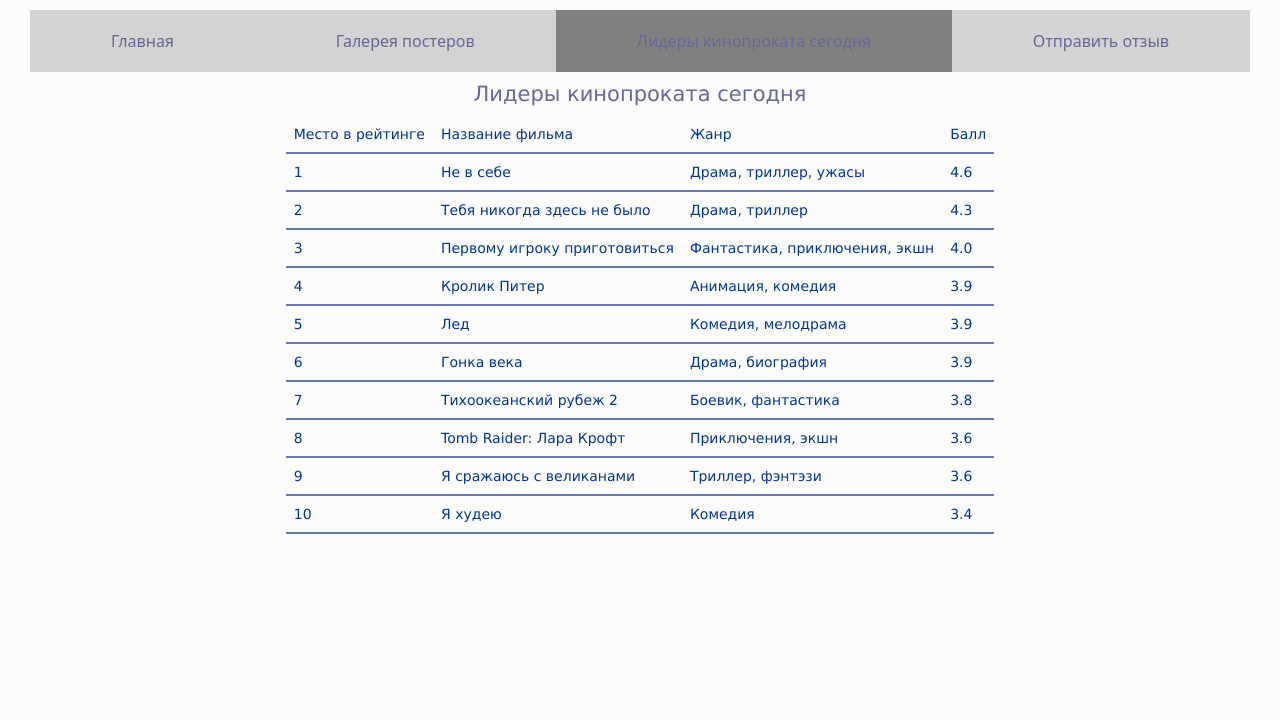
Repository: nasty-97/courseWeb
Page: http://localhost/item_3.php
The author's editor kept a record of every edit. The page is drawn from the files as they stood at one moment, then again after the next edit.
The browser window is 1280 px wide. The pictures show the whole page.
The page is run by PHP 8.4 with error messages shown; the project is at /var/www/html/. The database holds what the project's SQL file puts in it.

Above is the page before.

### item_3.php
<!DOCTYPE html>
<html>
	<head>
		<meta charset="utf-8">
		<link rel="stylesheet" href="style.css">
		<title>Главная</title>
		<style type="text/css">
			@media (max-width: 900px) and (min-width: 561px) {
			  .col {
			    width: 50%;
			  }
			}

			@media (max-width: 560px) and (min-width: 370px) {
			  .col {
			    width: 100%;
			  }
			  .menu__list-link {
			    font-size: 14px;
			    padding: 5px;
			    width: 84%;
			  }
			  .menu {
			    width: 102%;
			    padding: 3px;
			  }
			  p {
			    width: 100%;
			  }
			  .table__item > table {
    			font-size: 11px;
  			  }
			}
			@media (max-width: 369px) {
			  .col {
			    width: 109%;
			  }
			  .menu__list-link {
			    font-size: 12px;
			    padding: 5px;
			    width: 84%;
			}
			  .menu {
			    width: 109%;
			    padding: 0;
			}
			  p {
			    width: 109%;
			  }
			  .table__item > table {
    			font-size: 9px;
  			  }
			}
	</style>
	</head>
	<body>
		<?php
			global $mysqli;
        	$mysqli = new mysqli("localhost", "anastasya0409", "", "lab2DB");
        	$query = "SELECT * FROM tableFilms";
        	$mysqli->query("SET NAMES 'utf8'");
        	$result = $mysqli->query($query);
		?>
		<nav class="menu">
			<menu class="menu__list">
				<li class="menu__list-item"><a href="main.php" class="menu__list-link">Главная</a></li>
				<li class="menu__list-item"><a href="item_2.php" class="menu__list-link">Галерея постеров</a></li>
				<li class="menu__list-item" id="current"><a href="item_3.php" class="menu__list-link">Лидеры кинопроката сегодня</a></li>
				<li class="menu__list-item"><a href="item_4.php" class="menu__list-link">Отправить отзыв</a></li>
			</menu>
		</nav>
		<div class="table__item">
			<table class="table" align="center">
				<caption>Лидеры кинопроката сегодня</caption>
				<tr>
					<th>Место в рейтинге</th>
					<th>Название фильма</th>
					<th>Жанр</th>
					<th>Балл</th>
				</tr>
				<tr>
					<th>1</th>
					<th>Не в себе</th>
					<th>Драма, триллер, ужасы</th>
					<th>4.6</th>
				</tr>
				<tr>
					<th>2</th>
					<th>Тебя никогда здесь не было</th>
					<th>Драма, триллер</th>
					<th>4.3</th>
				</tr>
				<tr>
					<th>3</th>
					<th>Первому игроку приготовиться</th>
					<th>Фантастика, приключения, экшн</th>
					<th>4.0</th>
				</tr>
				<tr>
					<th>4</th>
					<th>Кролик Питер</th>
					<th>Анимация, комедия</th>
					<th>3.9</th>
				</tr>
				<tr>
					<th>5</th>
					<th>Лед</th>
					<th>Комедия, мелодрама</th>
					<th>3.9</th>
				</tr>
				<tr>
					<th>6</th>
					<th>Гонка века</th>
					<th>Драма, биография</th>
					<th>3.9</th>
				</tr>
				<tr>
					<th>7</th>
					<th>Тихоокеанский рубеж 2</th>
					<th>Боевик, фантастика</th>
					<th>3.8</th>
				</tr>
				<tr>
					<th>8</th>
					<th>Tomb Raider: Лара Крофт</th>
					<th>Приключения, экшн</th>
					<th>3.6</th>
				</tr>
				<tr>
					<th>9</th>
					<th>Я сражаюсь с великанами</th>
					<th>Триллер, фэнтэзи</th>
					<th>3.6</th>
				</tr>
				<tr>
					<th>10</th>
					<th>Я худею</th>
					<th>Комедия</th>
					<th>3.4</th>
				</tr>
			</table>
		</div>
	</body>
</html>

### style.css
body {
	/*padding: 0;*/
	margin: 0;
	font-family: 'Noto Sans', sans-serif;
	background-color: #fcfcfc;
	padding: 10px 30px;
	color: #669;
}
.menu__list {
	padding: 0;
	margin: 0;
	box-sizing: border-box;
	background: lightgrey;
	display: flex;
	justify-content: space-around;
	list-style-type: none;
}
.menu__list-item {
	flex-grow: 1;
	box-sizing: border-box;
	text-align: center;
}
.menu__list-link {
	color: #669;
	display: block;
	padding: 20px;
	text-decoration: none;
}
.menu__list-link:hover {
	background: grey;
}
.menu__list-link:active {
	background: grey;
}
#current {
	background: grey;
}

.col {
        float: left;
        width: 25%;
      }
      .col > div:hover {
        box-shadow: 0 0 3px #666, 0 0 5px #ccc;
        cursor: pointer;
      }
      .col > div {
        margin: 10px;
      }
      .col img {
        width: 100%;
        height: 200px;
        object-fit: cover;
        object-position: 50% 100%;
        display: block;
      }
      .col-text > div {
        height: 100px;
        overflow: hidden;
      }
      .col-text {
        border: 1px solid #ccc;
        background: #eee;
        color: #669;
        border-top: 0;
        padding: 10px;
        text-align: justify;
}

.gallery > img {
	object-fit: cover;
	object-position: 50%;
}

.gallery__item > img {
	-o-object-fit: fill;
     object-fit: fill;
  	object-position: 50%;
  	padding-right: 29px;
  	padding-left: 0px;
  	padding-top: 20px;
}

#wrapper #leftcol input {
    width: 40%;
    margin-left: 30%;
    float: left;
    border-radius: 5px;
    border: 2px solid silver;
    padding: 5px;
    color: #669;
    margin-bottom: 10px;
    font-size: 1.2em;
}

#wrapper #leftcol input:focus, #wrapper #leftcol textarea:focus {
    border: 2px solid #f78080;
}

#wrapper #leftcol input#done:hover {
    border: 2px solid #f8d881;
    cursor: pointer;
}

#wrapper #leftcol textarea {
    width: 50%;
    height: 150px;
    margin-left: 25%;
    float: left;
    border-radius: 5px;
    border: 2px solid silver;
    padding: 5px;
    color: #669;
    margin-bottom: 10px;
    font-size: 1.2em;
    resize: none;
}

table {
  font-family: "Lucida Sans Unicode", "Lucida Grande", Sans-Serif;
  font-size: 14px;
  background: #fcfcfc;
  border-collapse: collapse;
  text-align: left;
}
th {
  font-weight: normal;
  color: #039;
  border-bottom: 2px solid #6678b1;
  padding: 10px 8px;
}
td {
  border-bottom: 1px solid #ccc;
  color: #669;
  padding: 9px 8px;
  transition: .3s linear;
  text-align: center;
}
tr:hover td{
  color: #6699ff;
}
caption {
caption-side: top;
color: #669;
text-align: center;
padding: 10px 0;
font-size: 21px;
}

a:focus, a:active, a:hover {
	text-decoration: none;
	color: white;
}
a:hover {
	color: #6a95b7;
}
a:visited {
	color: #669;
}

@media (min-width: 1200px) {
  .gallery__item > img {
    width: 225px;
    height: 300px;
  }
}
@media (min-width: 992px) and (max-width: 1199px) {
  .gallery__item > img {
    width: 225px;
    height: 300px;
  }
}
@media (min-width: 768px) and (max-width: 991px) {
  .gallery__item > img {
    width: 225px;
    height: 300px;
  }
}
@media (max-width: 519px) {
  .gallery__item > img {
    width: 180px;
    height: 250px;
  }
}
@media (max-width: 767px) and (min-width: 520px) {
  .gallery__item > img {
    width: 190px;
    height: 300px;
  }
}

### lab2DB.sql (the tables this page reads)
CREATE TABLE IF NOT EXISTS `tableFilms` (
  `id` int(255) unsigned NOT NULL AUTO_INCREMENT,
  `rating` int(255) unsigned NOT NULL,
  `nameFilm` varchar(1000) CHARACTER SET utf8 COLLATE utf8_estonian_ci NOT NULL,
  `ganre` varchar(1000) NOT NULL,
  `point` varchar(255) NOT NULL,
  PRIMARY KEY (`id`)
) ENGINE=MyISAM  DEFAULT CHARSET=utf8 AUTO_INCREMENT=11;

INSERT INTO `tableFilms` (`id`, `rating`, `nameFilm`, `ganre`, `point`) VALUES
(1, 1, 'Не в себе', 'Драма, триллер, ужасы', '4.6'),
(2, 2, 'Тебя никогда здесь не было', 'Драма, триллер', '4.3'),
(3, 3, 'Первому игроку приготовиться	', 'Фантастика, приключения, экшн', '4.0'),
(4, 4, 'Кролик Питер', 'Анимация, комедия', '3.9'),
(5, 5, 'Лед', 'Комедия, мелодрама', '3.9'),
(6, 6, 'Гонка века', 'Драма, биография', '3.9'),
(7, 7, 'Тихоокеанский рубеж 2	', 'Боевик, фантастика', '3.8'),
(8, 8, 'Tomb Raider: Лара Крофт', 'Приключения, экшн', '3.6'),
(9, 9, 'Я сражаюсь с великанами', 'Триллер, фэнтэзи', '3.6'),
(10, 10, 'Я худею', 'Комедия	', '3.4');

After the next edit:
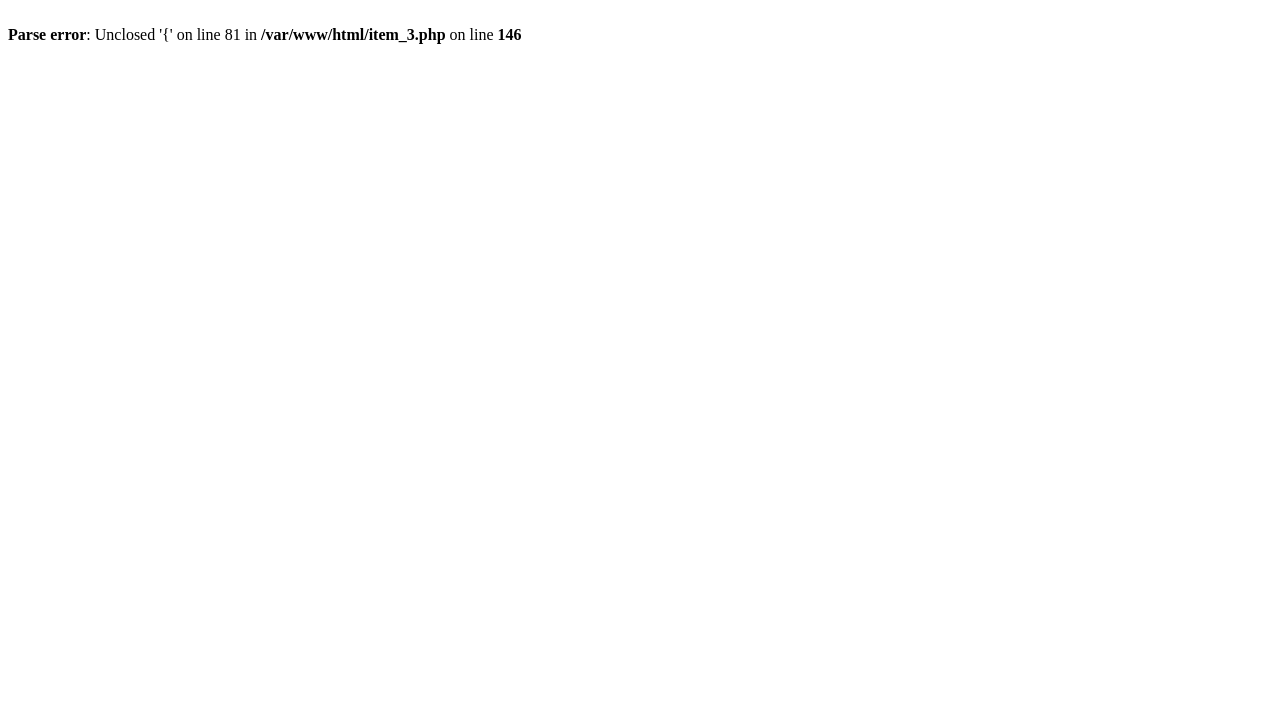
The edit:
--- a/item_3.php
+++ b/item_3.php
@@ -78,6 +78,8 @@
 					<th>Жанр</th>
 					<th>Балл</th>
 				</tr>
+				<?php while($row = $result->fetch_array(MYSQLI_ASSOC)) {
+				?>
 				<tr>
 					<th>1</th>
 					<th>Не в себе</th>

After the edit that followed:
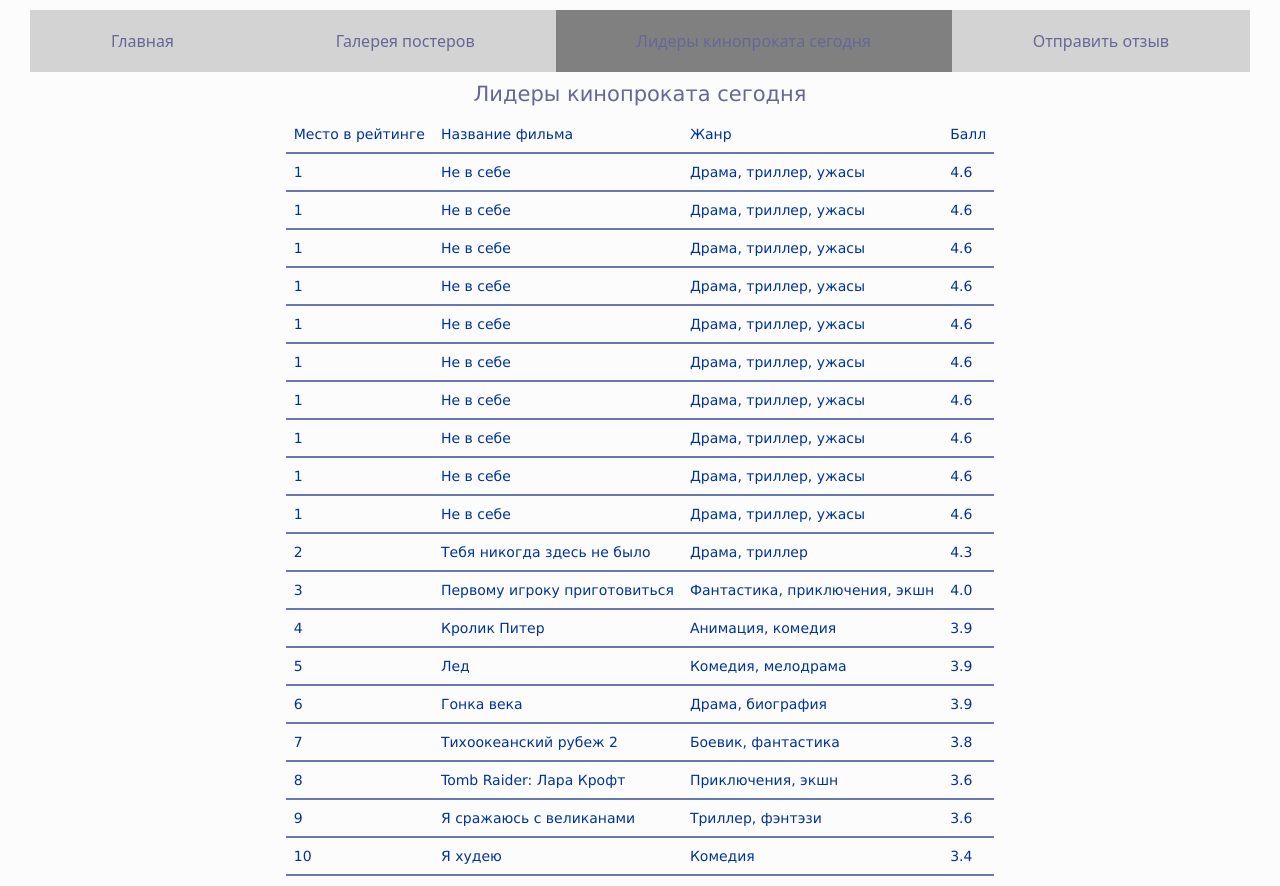
The edit:
--- a/item_3.php
+++ b/item_3.php
@@ -86,6 +86,8 @@
 					<th>Драма, триллер, ужасы</th>
 					<th>4.6</th>
 				</tr>
+				<?php }
+				?>
 				<tr>
 					<th>2</th>
 					<th>Тебя никогда здесь не было</th>
